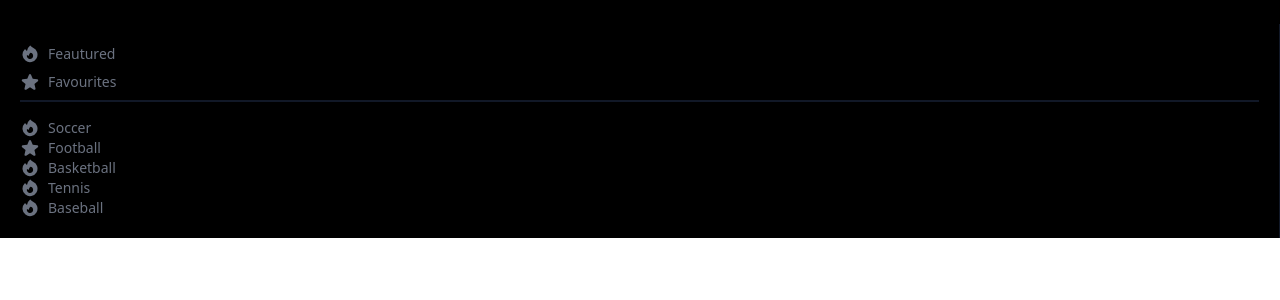
Repository: thekingisherenow/Betterbook
Page: /
An editor plug-in stored every save of this project. The page is shown before and after the next save, followed by the edit.
The browser window is 1280 px wide. The pictures show the whole page.
The project was rebuilt for these pictures with package versions that can differ from the ones it lists, and the page was loaded fresh each time. The framework's server and built-in components were replaced by stand-ins that run in the browser. Also part of the build but not shown: next.config.js.

Above is the page before, as saved 2023-01-16 21:07:21.

After the next save:
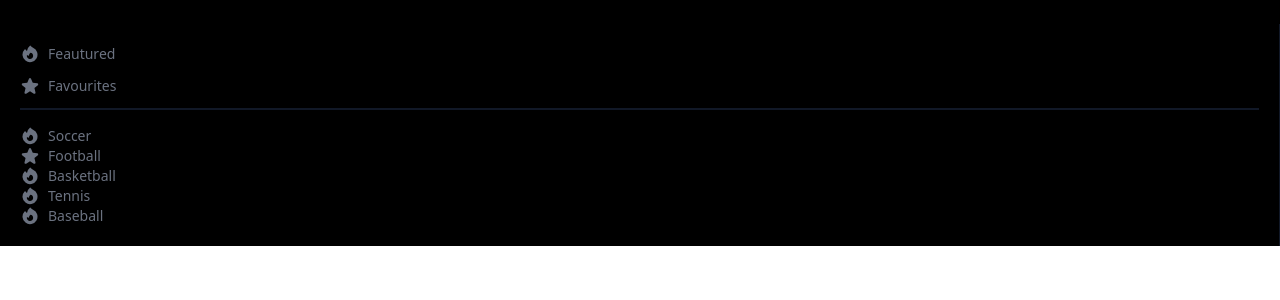
Saved 9 s later.
--- a/src/components/Typography/Sidebar.tsx
+++ b/src/components/Typography/Sidebar.tsx
@@ -5,7 +5,7 @@ function Sidebar() {
     return (
         <div className='text-gray-500 p-5 text-sm border-r  border-gray-900'>
             <div>
-                <div className='flex flex-col space-y-2 mb-4'>
+                <div className='flex flex-col space-y-3 mb-4'>
                     <button className='flex items-center space-x-2 hover:text-blue-600'>
                         <FireIcon className='w-5 h-5' />
                         <p>Feautured</p>
